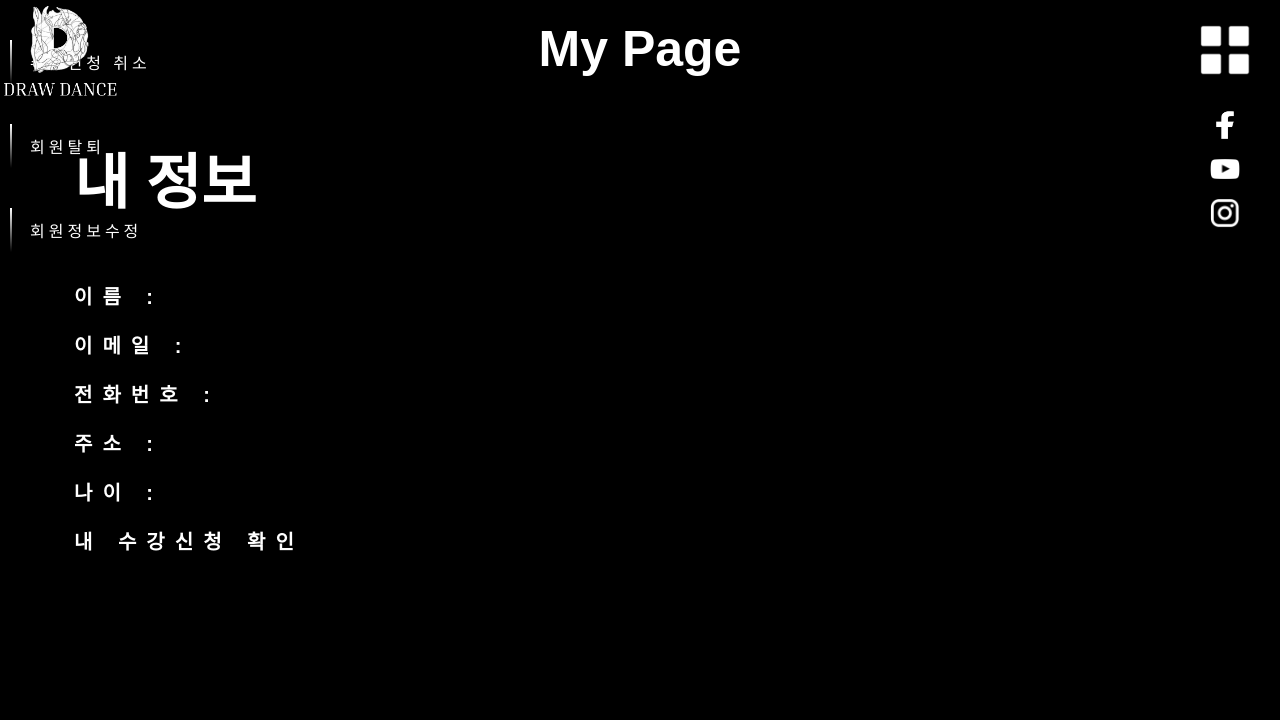
Repository: seonghun9906/semiProject
Page: http://localhost/drawAcademy/WEB-INF/views/member/mypage.jsp
The author's editor kept a copy of each file at every save. The page is drawn from the files as they stood at one save, then again after a run of saves.
The browser window is 1280 px wide. The pictures show the whole page.
The page is served by Tomcat 9. Nobody is signed in. Other server files are loaded and not shown. The template is opened directly, without the code that normally fills it, so the values that code supplies are empty.

Above is the page before, as saved 2024-02-26 06:47:22.

### drawAcademy/src/main/webapp/WEB-INF/views/member/mypage.jsp
<%@ page language="java" contentType="text/html; charset=UTF-8" pageEncoding="UTF-8"%>
<%@ taglib uri="http://java.sun.com/jsp/jstl/core" prefix="c"%>

<!DOCTYPE html>
<html>
<head>
    <meta charset="UTF-8">
    <title>MyPage</title>
    <link rel="stylesheet" href="resources/css/mypage.css">
<script src="https://code.jquery.com/jquery-3.7.1.min.js"
   integrity="sha256-/JqT3SQfawRcv/BIHPThkBvs0OEvtFFmqPF/lYI/Cxo="
   crossorigin="anonymous"></script>

</head>

<body>
	<div class="bodyMain">
    <div class="headerMenu">
        <button class="Home-btn" onclick="location.href='./'">
            <img src="resources/images/lg.png" class="logo">
        </button>
    </div>
    <div class="title">
        My Page
    </div>
    <div class="middle-part">
        <p>내 정보</p>
        <div class="low-part">
            <form action="mypage" method="get">
                <p>이름 : ${memberDto.m_name}</p>
                <p>이메일 : ${memberDto.m_email}</p>
                <p>전화번호 : ${memberDto.m_phoneNumber}</p>
                <p>주소 : ${memberDto.m_address}</p>
                <p>나이 : ${memberDto.m_age}</p>
                <p>내 수강신청 확인</p>
                <ul>
                    <c:forEach var="cl" items="${cList}">
                        <li>${cl.className} : ${cl.day} ${cl.date} ${cl.time}</li>
                    </c:forEach>
                </ul>
            </form>
        </div><!-- low-part -->
    </div><!-- middle part -->

    <div class="btn-con">
        <div class="classCancle">
            <form action="classCancle" method="get" class="cancleBtn">
                <button type="submit">
                    <span></span>
                    <span></span>
                    <span></span>
                    <span></span>
                    수강신청 취소
                </button>
            </form>
        </div>

        <div class="classCancle">
            <form action="memout" method="get" class="memoutBtn">
                <button type="submit">
                    <span></span>
                    <span></span>
                    <span></span>
                    <span></span>
                    회원탈퇴
                </button>
            </form>
        </div>

        <div class="classCancle">
            <form action="setting" method="get" class="settingBtn">
                <button type="submit">
                    <span></span>
                    <span></span>
                    <span></span>
                    <span></span>
                    회원정보수정
                </button>
            </form>
        </div>
    </div><!-- btn-con -->
</div> <!-- bodymain -->





   <div class="headerMenu">
         <button class="Home-btn" onclick="location.href='./'">
            <img src="resources/images/lg.png" class="logo">
         </button>
      </div>
      <div id="menu-container">
         <img src="resources/images/menu.png" id="menuButton">
         <div id="rectangle">
            <br> <br>
            <button class="Home-btn" onclick="location.href='./'">
               <p>HOME</p>
            </button>
            <br> <br> <br>
            <button class="ABOUT-btn" onclick="location.href='./about'">
               <p>ABOUT</p>
            </button>
            <br> <br> <br>
            <button class="INSTRUCTORS-btn"
               onclick="location.href='./instructors'">
               <p>INSTRUCTORS</p>
            </button>
            <br> <br> <br>
            <button class="CLASS-btn" onclick="location.href='./classpage'">
               <p>CLASS</p>
            </button>
            <br> <br> <br>
            <button class="CONTACT-btn" onclick="location.href='./contact'">
               <p>CONTACT</p>
            </button>
            <br> <br> <br> <br> <br> <br> <br>
            <div class="smallWord">
               <button id="loginBtn" class="LOGIN-btn"
                  onclick="location.href='./login'">
                  <small>LOGIN</small>
               </button>
               <form id="logoutForm" action="logout" method="get">
                  <button class="LOGIN-btn" onclick="location.href='./'">
                     <small>LOGOUT</small>
                  </button>
               </form>
               <button id="signupBtn" class="SIGNUP-btn"
                  onclick="location.href='./signUp'">
                  <small>SIGN UP</small>
               </button>
               <button id="myPage" class="MYPAGE-btn"
                  onclick="location.href='./mypage'">
                  <small>MY PAGE</small>
               </button>
            </div>
            <br> <br>
            <div id="icon-container2">
               <a href="https://www.facebook.com"> <img
                  src="resources/images/facebookIcon.png" class="facebook">
               </a> <a href="https://www.youtube.com"> <img
                  src="resources/images/youtubeIcon.png" class="youtube">
               </a> <a href="https://www.instagram.com"> <img
                  src="resources/images/instagramIcon.png" class="instagram">
               </a>
            </div>
         </div>
      </div>
      <div id="icon-container">
         <a href="https://www.facebook.com"> <img
            src="resources/images/facebookIcon.png" class="facebook">
         </a> <a href="https://www.youtube.com"> <img
            src="resources/images/youtubeIcon.png" class="youtube">
         </a> <a href="https://www.instagram.com"> <img
            src="resources/images/instagramIcon.png" class="instagram">
         </a>
      </div>

</body>
<script type="text/javascript">
let msg = "${msg}";
if(msg != ""){
	alert(msg);
}

</script>
<script>
   var rectangle = document.getElementById('rectangle');
   var menuButton = document.getElementById('menuButton');
   var iconContainer = document.getElementById('icon-container');
   var isRectangleVisible = false; // rectangle의 초기 상태를 정의 - 첫 메뉴 클릭 때 실행되지 않는 현상 해결

   menuButton.addEventListener('click', function() {
      if (!isRectangleVisible) {
         rectangle.style.display = 'block';
         iconContainer.style.display = 'none'; //메뉴 창이 나오면서 iconcontainer 사라지기
         isRectangleVisible = true; // rectangle이 보이는 상태로 설정
      } else {
         rectangle.style.display = 'none';
         iconContainer.style.display = 'flex';
         isRectangleVisible = false; // rectangle이 숨겨진 상태로 설정
      }
   });
</script>
<script>

document.addEventListener("DOMContentLoaded", function() {
  var loginBtn = document.getElementById("loginBtn");
  var logoutForm = document.getElementById("logoutForm");
  var signupBtn = document.getElementById("signupBtn");
  var myPageBtn = document.getElementById("myPage");

  var loggedInMember = '<%=session.getAttribute("login")%>';

      console.log("세션에 저장된 값: " + loggedInMember);
      // 여기서 로그인 여부를 확인하고 그에 따라 버튼을 표시하거나 숨깁니다.
      var isLoggedIn = loggedInMember !== 'null' && loggedInMember !== '';

      if (isLoggedIn) {
         loginBtn.style.display = "none";
         logoutForm.style.display = "block";
         signupBtn.style.display = "none";
         myPageBtn.style.display = "block";
      } else {
         loginBtn.style.display = "block";
         logoutForm.style.display = "none";
         signupBtn.style.display = "block";
         myPageBtn.style.display = "none";
      }
   });
</script>

</html>

### drawAcademy/src/main/webapp/resources/css/mypage.css
html {
   height: 100%;
}

body {
   margin: 0;
   padding: 0;
   font-family: sans-serif;
   background: linear-gradient(#000000, #111111);
}

.demitasse {
    position: fixed;
    top: -50%;
    left: +4.0%;
    width: 100%;
    height: 150%;
    z-index: 1;
    object-fit: cover;
    opacity: 0.5; /* 0부터 1까지의 값으로 투명도를 지정합니다. 0은 완전 투명, 1은 완전 불투명입니다. */
}

.bodyMain {
   position: absolute;
   background-color: #000000;
   top: 0;
   left: 0;
   bottom: 0;
   right: 0;
   width: 100%;
   height: 100%;
}

.title {
   width: 100%; /* 컨테이너의 너비를 화면 전체로 설정 */
   position: absolute; /* 화면 아래에 고정시킵니다. */
   text-align: center; /* 내부 텍스트를 가운데 정렬합니다. */
   padding: 20px; /* 내부 여백 설정 (예시) */
   box-sizing: border-box; /* 패딩이 포함된 전체 너비/높이 계산 */
   color: #ffffff;
   font-size: 50px;
   font-weight: bold;
   z-index: 9999;
}

.middle-part {
   width: 85%; /* 컨테이너의 너비를 화면 전체로 설정 */
   position: absolute; /* 화면 아래에 고정시킵니다. */
   text-align: left; /* 내부 텍스트를 가운데 정렬합니다. */
   padding: 10px; /* 내부 여백 설정 (예시) */
   box-sizing: border-box; /* 패딩이 포함된 전체 너비/높이 계산 */
   color: #ffffff;
   font-size: 60px;
   font-weight: bold;
   margin: 5%;
    z-index: 9999;
}
.middlemiddle-part{
	display: flex;
	justify-content: space-between;
   align-items: flex-start;
   text-align: left; /* 내부 텍스트를 가운데 정렬합니다. */
   padding: 5px; /* 내부 여백 설정 (예시) */
   color: #ffffff;
   font-size: 80px;
   font-weight: bold;
   margin: 3%;
    z-index: 9999;

}
.low-part,s
.cancel-part {
    width: 50%; /* 조절 가능한 너비 */
}

.cancel-part{
	width : auto;
  	text-align: left;
  	color : white;
  	letter-spacing : 10px;
  	font-size: 20px;

}

.cancel-part p {
	width : auto;
  	text-align: left;
  	color : white;
  	letter-spacing : 10px;
  	font-size: 30px;

}

.headerMenu .Home-btn {
   position: absolute;
   background: none;
   border: none;
   padding: 0;
   cursor: pointer;
   width: auto; /* 이미지 크기에 맞게 자동으로 조정됨 */
   z-index: 9999;
}

.headerMenu .logo {
   width: 120px; /* 이미지가 버튼 내에서 꽉 차도록 설정 */
   height: auto; /* 이미지의 가로 세로 비율을 유지하면서 버튼에 맞게 조정 */
}

.facebook {
   width: 20px;
   height: 30px;
   z-index: 9999;
}

.youtube {
   width: 30px;
   height: 20px;
   z-index: 9999;
}

.instagram {
   width: 30px;
   height: 30px;
   z-index: 9999;
}

#menu-container {
   position: relative;
   z-index: 9999;
}

#menuButton {
   cursor: pointer;
   position: absolute;
   top: 25px;
   right: 30px; /* 오른쪽으로 이동 */
   display: flex;
   width: 50px;
   height: 50px;
   z-index: 9999;
}

#icon-container {
   position: absolute;
   top: 110px;
   right: 40px;
   display: flex;
   flex-direction: column; /* 세로 방향으로 아이콘을 나열 */
   align-items: center; /* 아이콘을 수직 중앙으로 정렬 */
   gap: 15px; /* 아이콘 사이의 간격 설정 */
   z-index: 9998;
}

#rectangle {
   /* 처음엔 숨겨져 있음 */
   position: absolute;
   top: 110px; /* toggleButton 바로 아래 위치 */
   right: 30px; /* menuButton과 같게 */
   width: 10.5%;
   min-height: 200px;
   color: black;
   background-color: black;
   display: none;
   border: 2px solid white;
   background-color: black;
   z-index: 9999;
}

#rectangle button {
   cursor: pointer;
   background-color: black;
   border: none;
   padding: 0.5em 0.5em; /* 위아래 0.5em, 좌우 1em으로 설정하여 버튼 크기를 내용에 맞게 조정 */
   color: white;
   font-size: 23px;
   gap: 15px;
}

#rectangle p {
   color: white;
   text-align: left;
   font-size: 24px;
   text-decoration: underline; /* 밑줄 */
   margin: 0px;
}

.smallWord {
   color: white;
   margin: 10px;
}

#icon-container2 {
   position: relative;
   right: -30px;
   display: flex;
   margin-bottom: 30px;
   flex-direction: row; /* 가로 방향으로 아이콘을 나열 */
   align-items: center; /* 아이콘을 수직 중앙으로 정렬 */
   gap: 15px; /* 아이콘 사이의 간격 설정 */
   z-index: 9998;
}

.instructor-container {
   width: 100%;
   position: fixed;
   bottom: 0;
   padding: 20px;
   display: flex;
   justify-content: space-around;
   flex-direction: row;
   box-sizing: border-box;
}

.instructor-container img {
   width: 200px;
   height: 200px;
   }

  .low-part {
  	color : white;
  	letter-spacing : 10px;
  	 font-size: 20px;
  }

  .lowLow-part{
  	width : auto;
  	text-align: left;
  	color : white;
  	letter-spacing : 10px;
  	font-size: 20px;
  }

  .classCancle form button {
  cursor: pointer;
  position: relative;
  display: inline-block;
  padding: 10px 20px;
  color: #ffffff;
  font-size: 16px;
  text-decoration: none;
  text-transform: uppercase;
  overflow: hidden;
  transition: .5s;
  margin-left: 10px;
  margin-top: 40px;
  letter-spacing: 4px;
  border: none;
  background-color: transparent;
   z-index: 9999;
}

.classCancle form button:hover {
  background: #ffffff;
  color: #000000;
  border-radius: 5px;
  box-shadow: 0 0 5px #ffffff,
              0 0 25px #ffffff,
              0 0 50px #ffffff,
              0 0 100px #ffffff;
}

.classCancle form button span {
  position: absolute;
  display: block;
}

.classCancle form button span:nth-child(1) {
  top: 0;
  left: -100%;
  width: 100%;
  height: 2px;
  background: linear-gradient(90deg, transparent, #ffffff);
  animation: btn-anim1 1s linear infinite;
}

@keyframes btn-anim1 {
  0% {
    left: -100%;
  }
  50%,100% {
    left: 100%;
  }
}

.classCancle form button span:nth-child(2) {
  top: -100%;
  right: 0;
  width: 2px;
  height: 100%;
  background: linear-gradient(180deg, transparent, #ffffff);
  animation: btn-anim2 1s linear infinite;
  animation-delay: .25s
}

@keyframes btn-anim2 {
  0% {
    top: -100%;
  }
  50%,100% {
    top: 100%;
  }
}

.classCancle form button span:nth-child(3) {
  bottom: 0;
  right: -100%;
  width: 100%;
  height: 2px;
  background: linear-gradient(270deg, transparent, #ffffff);
  animation: btn-anim3 1s linear infinite;
  animation-delay: .5s
}

@keyframes btn-anim3 {
  0% {
    right: -100%;
  }
  50%,100% {
    right: 100%;
  }
}

.classCancle form button span:nth-child(4) {
  bottom: -100%;
  left: 0;
  width: 2px;
  height: 100%;
  background: linear-gradient(360deg, transparent, #ffffff);
  animation: btn-anim4 1s linear infinite;
  animation-delay: .75s
}

@keyframes btn-anim4 {
  0% {
    bottom: -100%;
  }
  50%,100% {
    bottom: 100%;
  }

 .btn-con {
    width: 100%;
   position: fixed;
   bottom: 0;
   padding: 20px;
   display: flex;
   justify-content: space-around;
   flex-direction: row;
   box-sizing: border-box;
 }

After the next 2 saves:
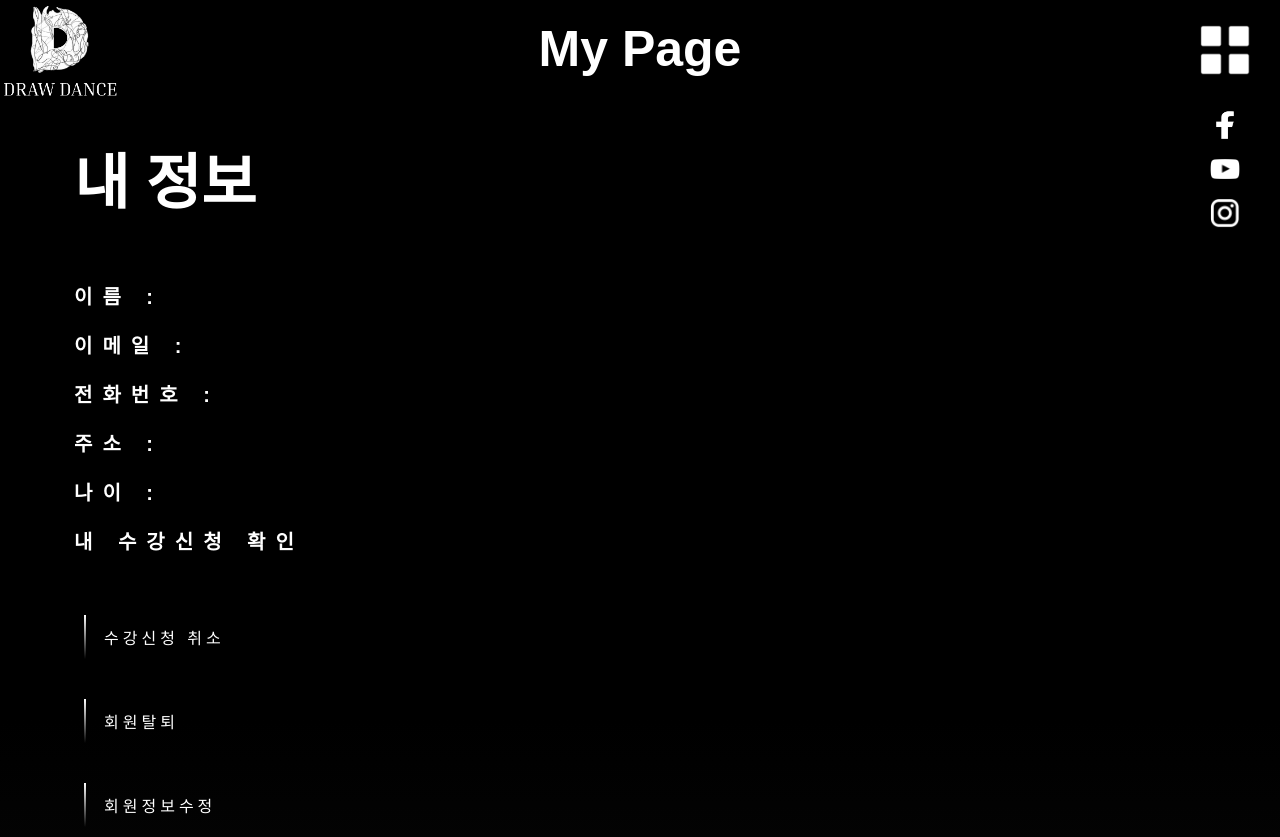
The 2 saves are shown as one change because they came seconds apart.
The last was saved 50 s later.
--- a/drawAcademy/src/main/webapp/WEB-INF/views/member/mypage.jsp
+++ b/drawAcademy/src/main/webapp/WEB-INF/views/member/mypage.jsp
@@ -39,7 +39,7 @@
                     </c:forEach>
                 </ul>
             </form>
-        </div><!-- low-part -->
+
     </div><!-- middle part -->
 
     <div class="btn-con">
@@ -77,7 +77,8 @@
                     회원정보수정
                 </button>
             </form>
-        </div>
+       	 </div>
+       </div><!-- low-part -->
     </div><!-- btn-con -->
 </div> <!-- bodymain -->
 

After the 3 saves that followed:
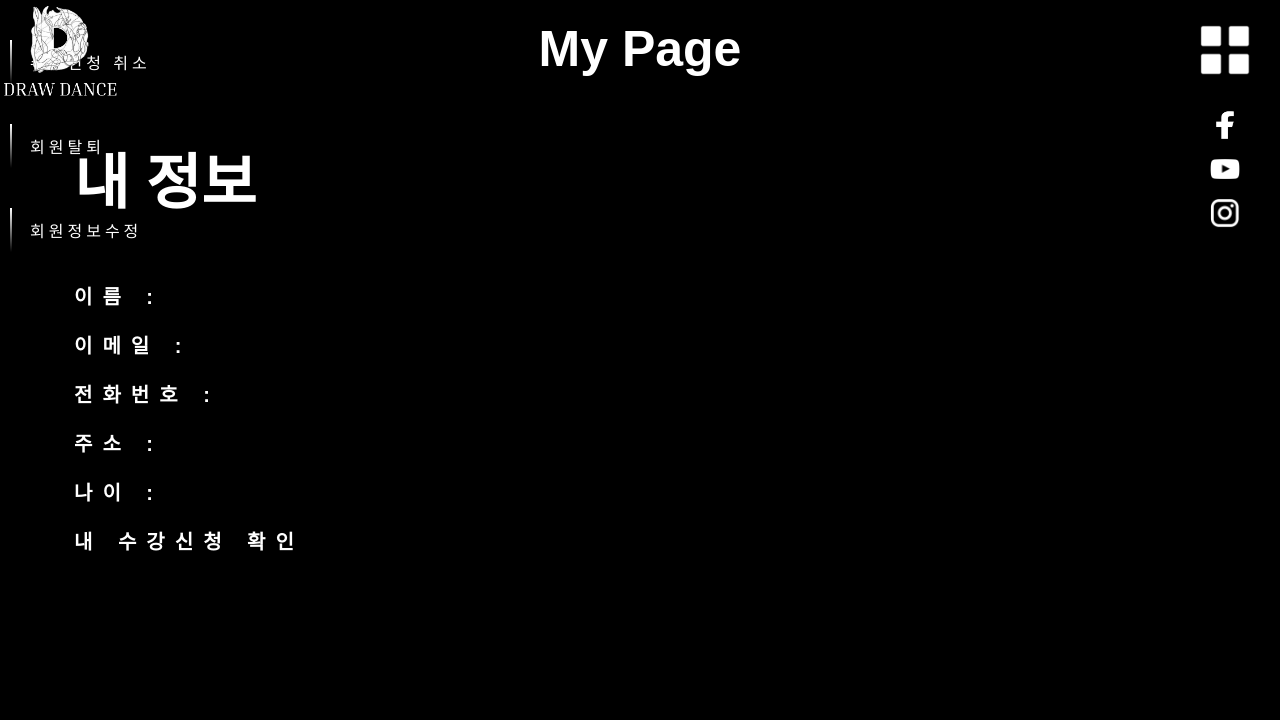
The 3 saves are shown as one change because 2 left the picture as it was.
The last was saved 9 min 19 s later.
--- a/drawAcademy/src/main/webapp/WEB-INF/views/member/mypage.jsp
+++ b/drawAcademy/src/main/webapp/WEB-INF/views/member/mypage.jsp
@@ -39,8 +39,8 @@
                     </c:forEach>
                 </ul>
             </form>
-
-    </div><!-- middle part -->
+       </div><!-- middle-part -->
+    </div><!-- low-part-->
 
     <div class="btn-con">
         <div class="classCancle">
@@ -78,8 +78,9 @@
                 </button>
             </form>
        	 </div>
-       </div><!-- low-part -->
+
     </div><!-- btn-con -->
+
 </div> <!-- bodymain -->
 
 
